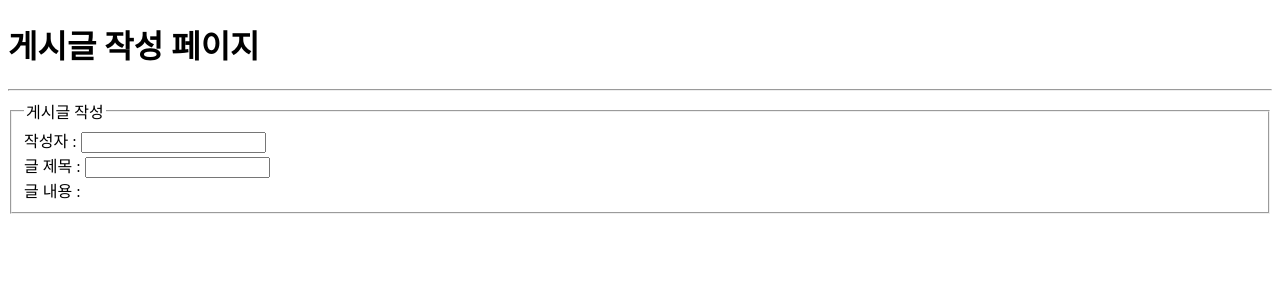
Repository: loseminho/khAcademy-Study
Page: http://localhost/02_SpringMVC_CRUD/boardWriteFrm.do
These files come from the project's save history. The page is drawn as it stood at one moment and after the next save; the edit follows.
The browser window is 1280 px wide. The pictures show the whole page.
The page is served by Tomcat 9.

Above is the page before, as saved 2022-10-04 02:17:10.

After the next save:
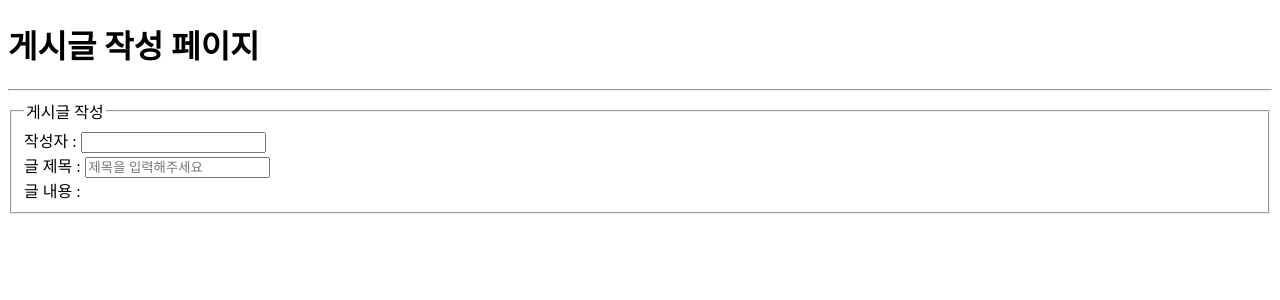
Saved 28 s later.
--- a/spring/workspace-sts-3.9.13.RELEASE/02_SpringMVC_CRUD/src/main/webapp/WEB-INF/views/board/boardWriteFrm.jsp
+++ b/spring/workspace-sts-3.9.13.RELEASE/02_SpringMVC_CRUD/src/main/webapp/WEB-INF/views/board/boardWriteFrm.jsp
@@ -15,7 +15,7 @@
 			<legend>게시글 작성</legend>
 			작성자 : <input type="text" name="boardWriter" value="${sessionScope.m.memberId }" readonly>
 			<br>
-			글 제목 : <input type="text" name="boardTitle" value="">
+			글 제목 : <input type="text" name="boardTitle" placeholder = "제목을 입력해주세요">
 			<br>
 			글 내용 :
 			<br>
